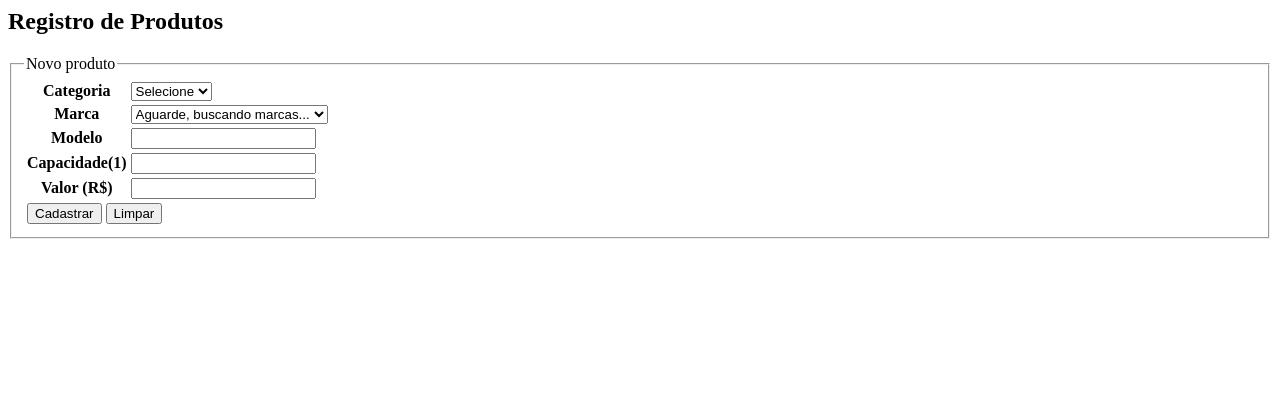
Repository: daniloserafim/trilha-backend-senai
Page: ProjetoTrilhaWeb/WebContent/pages/admin/product/index.html
The author's editor kept a copy of each file at every save. The page is drawn from the files as they stood at one save, then again after the next save.
The browser window is 1280 px wide. The pictures show the whole page.

Above is the page before, as saved 2022-06-27 22:51:41.
Console error: ReferenceError: COLDIGO is not defined

After the next save:
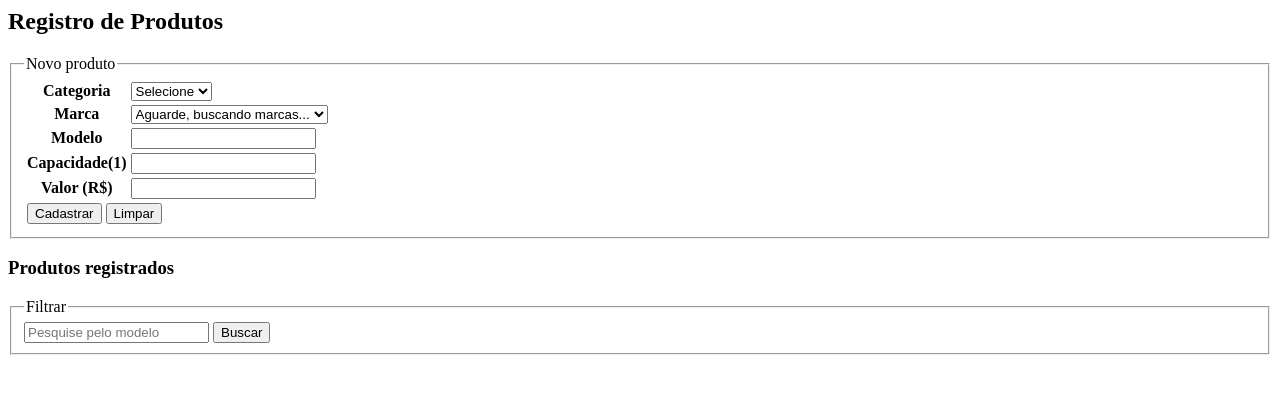
Saved 46 min 13 s later.
--- a/ProjetoTrilhaWeb/WebContent/pages/admin/product/index.html
+++ b/ProjetoTrilhaWeb/WebContent/pages/admin/product/index.html
@@ -50,3 +50,11 @@
 		</table>
 	</fieldset>
 </form>
+<h3>Produtos registrados</h3>
+<form id="filtraProduto" class="frmFiltrar">
+	<fieldset>
+		<legend>Filtrar</legend>
+		<input type="text" name="txtbusca" id="campoBuscaProduto" placeholder="Pesquise pelo modelo">
+		<button type="button">Buscar</button>
+	</fieldset>
+</form>
